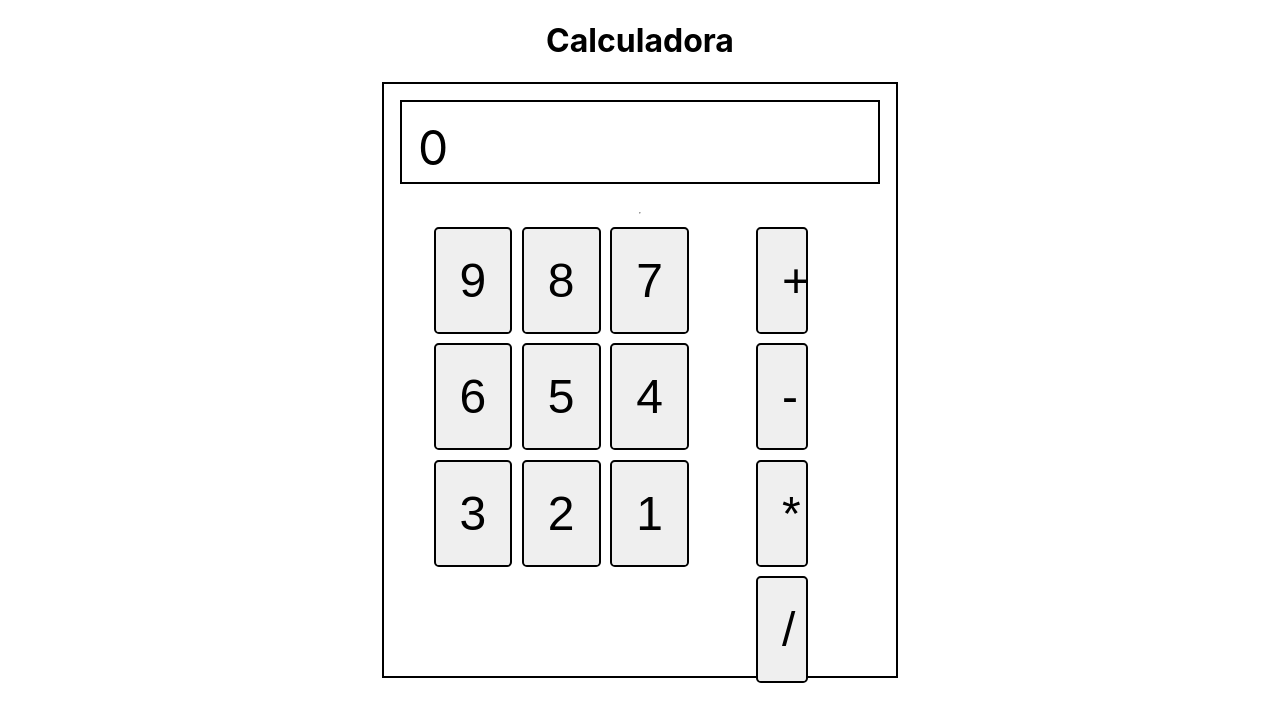
Repository: yamaka/curso-react-febrero-2022
Page: /
These files come from the project's save history. The page is drawn as it stood at one moment and after the next save; the edit follows.
The browser window is 1280 px wide. The pictures show the whole page.
The project was rebuilt for these pictures with package versions that can differ from the ones it lists, and the page was loaded fresh each time. Also part of the build but not shown: src/App.css, src/components/Zanahoria/Zanahoria.css, src/components/Zanahoria/Zanahoria.js, src/components/Zanahorias/Zanahorias.js, src/components/Lechuga/Lechuga.css, src/components/Lechuga/Lechuga.js, src/components/Calculadora/Calculadora.css, src/components/Calculadora/Calculadora.js and 4 more.

Above is the page before, as saved 2022-03-02 18:28:11.

After the next save:
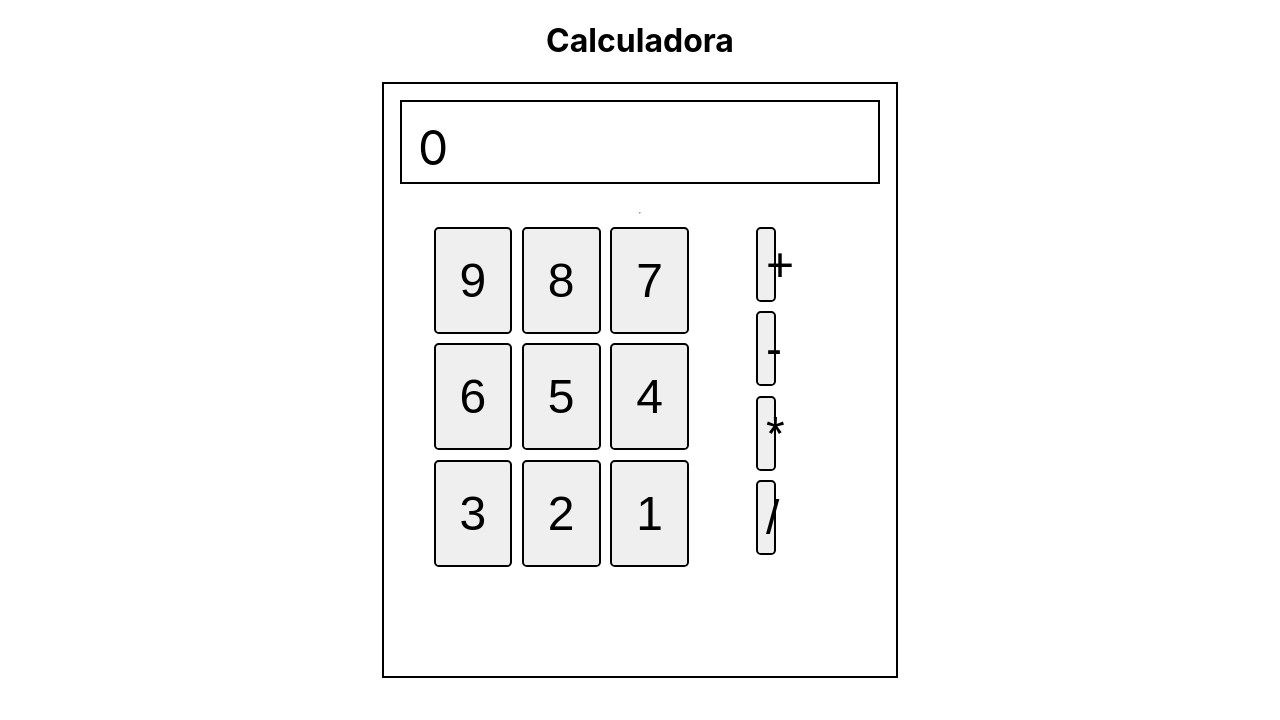
Saved 7 s later.
--- a/src/hooks/components/BotonOperacion/BotonOperacion.css
+++ b/src/hooks/components/BotonOperacion/BotonOperacion.css
@@ -1,6 +1,6 @@
 .boton-operacion {
   border: solid 2px;
-  padding: 1.5rem;
+  padding: 0.5rem;
   border-radius: 0.3rem;
   font-size: 3rem;
 
